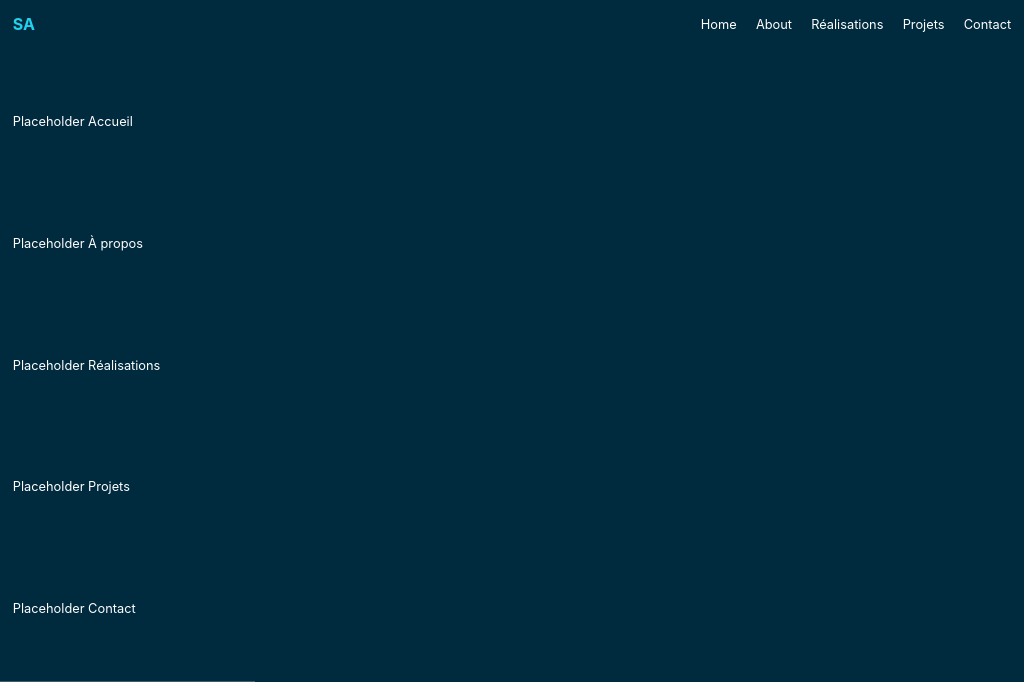
Repository: AntaaaKD/Mon-Portfolio
Page: /
The author's editor kept a copy of each file at every save. The page is drawn from the files as they stood at one save, then again after the next save.
The browser window is 1280 px wide. The pictures show the whole page, at 80% of full size.
The project was rebuilt for these pictures with package versions that can differ from the ones it lists, and the page was loaded fresh each time.

Above is the page before, as saved 2026-01-14 18:16:28.

### src/App.js
import React from 'react';
import Navbar from './components/Navbar';
import Home from './components/Home';
function App() {
  return (
    <div className="min-h-screen bg-custom-blue text-white">  {/* Ici, utilise bg-custom-blue */}
      <Navbar />
      <main className="container mx-auto p-4">
        <section id="home" className="py-16">Placeholder Accueil</section>
        <section id="about" className="py-16">Placeholder À propos</section>
        <section id="achievements" className="py-16">Placeholder Réalisations</section>
        <section id="projects" className="py-16">Placeholder Projets</section>
        <section id="contact" className="py-16">Placeholder Contact</section>
      </main>
    </div>
  );
}

export default App;

### src/components/Navbar.jsx
import React, { useState, useEffect } from 'react';

const Navbar = () => {
  const [scrolled, setScrolled] = useState(false);

  useEffect(() => {
    const handleScroll = () => {
      if (window.scrollY > 50) {
        setScrolled(true);
      } else {
        setScrolled(false);
      }
    };

    window.addEventListener('scroll', handleScroll);
    return () => window.removeEventListener('scroll', handleScroll);
  }, []);

  return (
    <nav
        className={`p-4 sticky top-0 z-10 transition-all duration-300 ${
            scrolled
            ? 'bg-custom-blue bg-opacity-0 backdrop-blur-md'  // Semi-transparent (30%) + blur fort
            : 'bg-custom-blue'  // Bleu solide au top
        }`}
    >
        <div className="container mx-auto flex justify-between items-center">
            <h1 className="text-xl font-bold text-cyan-400">SA</h1>
            <ul className="flex space-x-6 text-white">
            <li><a href="#home" className="hover:text-cyan-300">Home</a></li>
            <li><a href="#about" className="hover:text-cyan-300">About</a></li>
            <li><a href="#achievements" className="hover:text-cyan-300">Réalisations</a></li>
            <li><a href="#projects" className="hover:text-cyan-300">Projets</a></li>
            <li><a href="#contact" className="hover:text-cyan-300">Contact</a></li>
            </ul>
        </div>
    </nav>
  );
};

export default Navbar;

### tailwind.config.js
/** @type {import('tailwindcss').Config} */
module.exports = {
  content: [
    "./src/**/*.{js,jsx,ts,tsx}",
  ],
  theme: {
    extend: {
      colors: {
        'custom-blue': 'rgb(0, 42, 62)',  // Ton bleu exact ici
      },
    },
  },
  plugins: [],
};

### src/components/Home.jsx
import React from 'react';

const Home = () => {
  return (
    <section id="home" className="flex flex-col items-center justify-center h-screen text-center px-4">
      <h1 className="text-6xl font-bold text-cyan-400 mb-4">Hi, I'm Soxna Anta</h1>
      <h2 className="text-3xl text-cyan-300 mb-6">Passionné de Cybersécurité</h2>
      <p className="text-lg mb-8 max-w-2xl">Full-stack developer passionné par la création d'expériences web esthétiques et fonctionnelles en utilisant des technologies modernes, avec un focus sur la cybersécurité.</p>
      <div className="flex space-x-4">
        <a href="#projects" className="bg-cyan-500 text-custom-blue px-6 py-3 rounded-full hover:bg-cyan-400 transition">Voir Mes Projets</a>
        <a href="/cv.pdf" download className="bg-cyan-500 text-custom-blue px-6 py-3 rounded-full hover:bg-cyan-400 transition">Télécharger CV</a>
      </div>
    </section>
  );
};

export default Home;

Loaded but not shown: public/index.html (common file); src/index.js (common file); src/index.css (common file); src/reportWebVitals.js (common file)

After the next save:
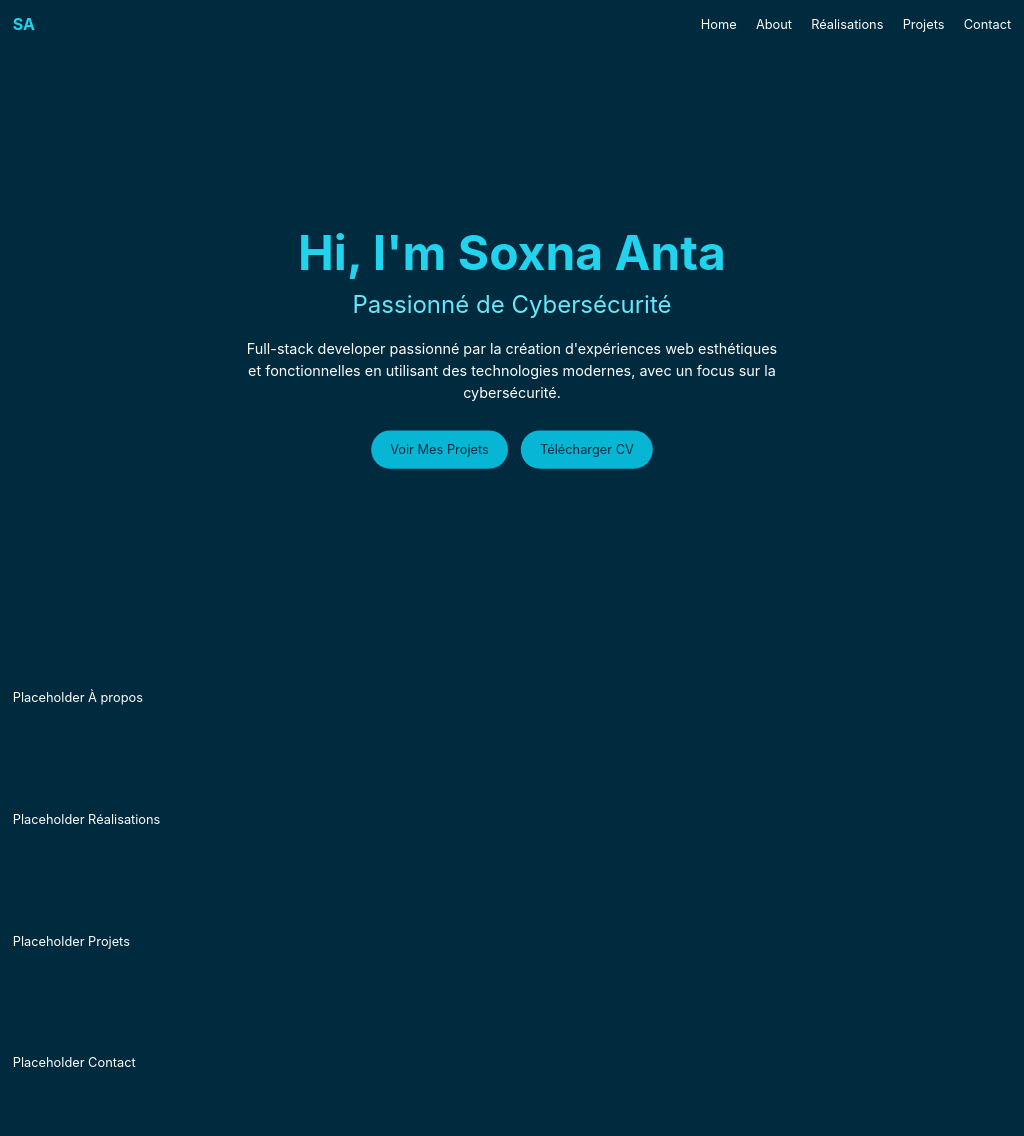
Saved 27 s later.
--- a/src/App.js
+++ b/src/App.js
@@ -1,12 +1,13 @@
 import React from 'react';
 import Navbar from './components/Navbar';
-import Home from './components/Home';
+import Home from './components/Home';  // Ajoute cet import
+
 function App() {
   return (
-    <div className="min-h-screen bg-custom-blue text-white">  {/* Ici, utilise bg-custom-blue */}
+    <div className="min-h-screen bg-custom-blue text-white">
       <Navbar />
       <main className="container mx-auto p-4">
-        <section id="home" className="py-16">Placeholder Accueil</section>
+        <Home />  {/* Remplace le placeholder */}
         <section id="about" className="py-16">Placeholder À propos</section>
         <section id="achievements" className="py-16">Placeholder Réalisations</section>
         <section id="projects" className="py-16">Placeholder Projets</section>
